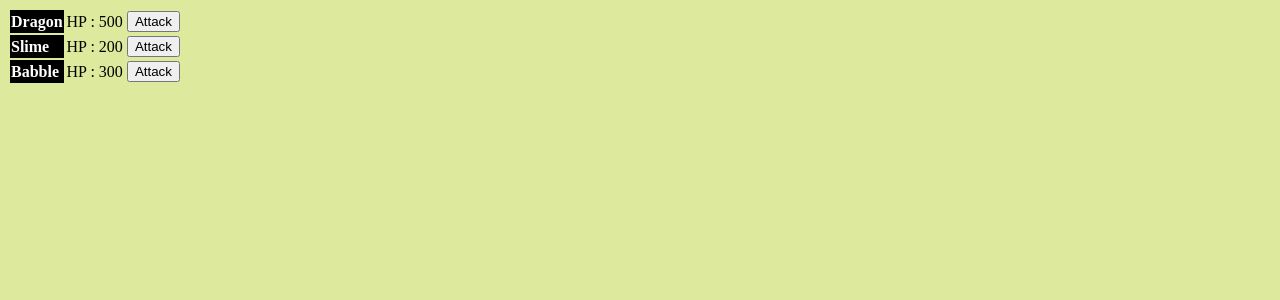
Repository: minoto9/vue_tutorial
Page: sampler/index.html
An editor plug-in stored every save of this project. The page is shown before and after the next save, followed by the edit.
The browser window is 1280 px wide. The pictures show the whole page.

Above is the page before, as saved 2019-07-10 20:56:12.

After the next save:
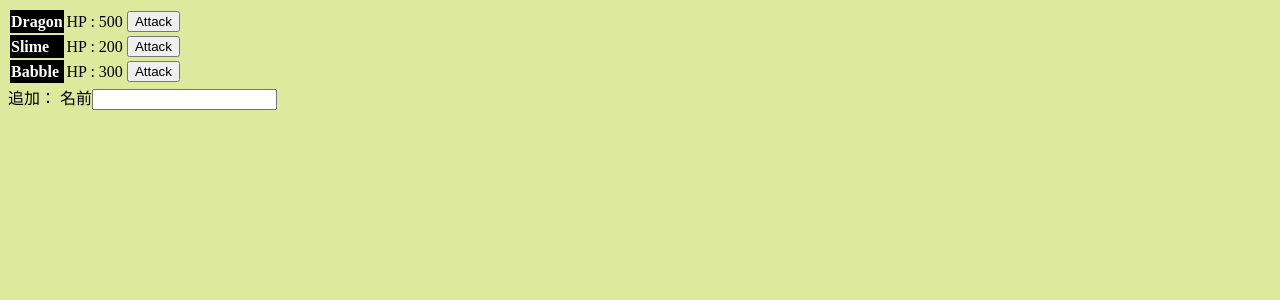
Saved 46 s later.
--- a/sampler/index.html
+++ b/sampler/index.html
@@ -17,6 +17,8 @@
                 <td><button v-on:click="attack">Attack</button></td>
             </tr>
         </table>
+        追加：
+        名前<input v-model="name">
     </div>
     <script src="./main.js"></script>
 </body>
